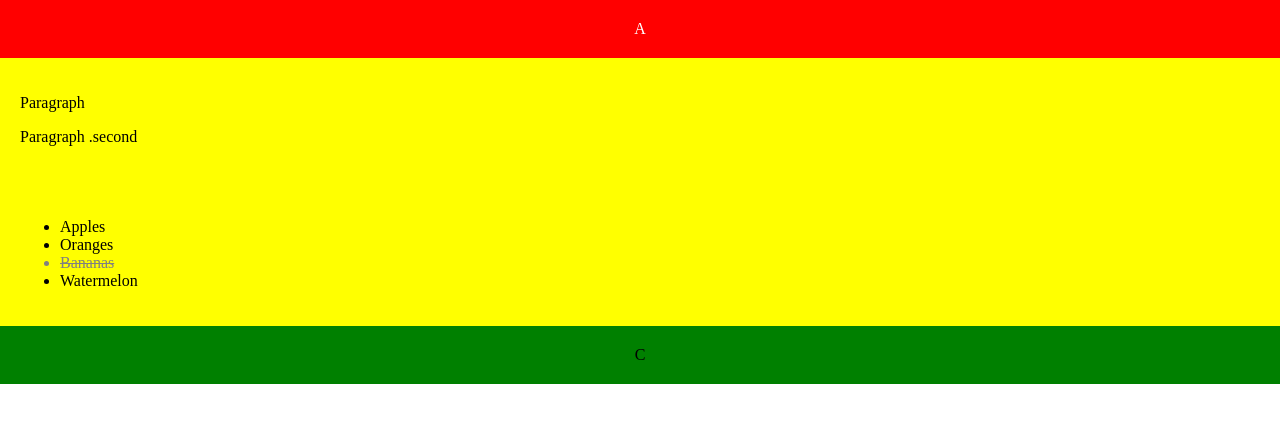
Repository: zdsherlock/Test-for-js
Page: index.html
An editor plug-in stored every save of this project. The page is shown before and after the next save, followed by the edit.
The browser window is 1280 px wide. The pictures show the whole page.

Above is the page before, as saved 2021-03-28 15:34:53.

After the next save:
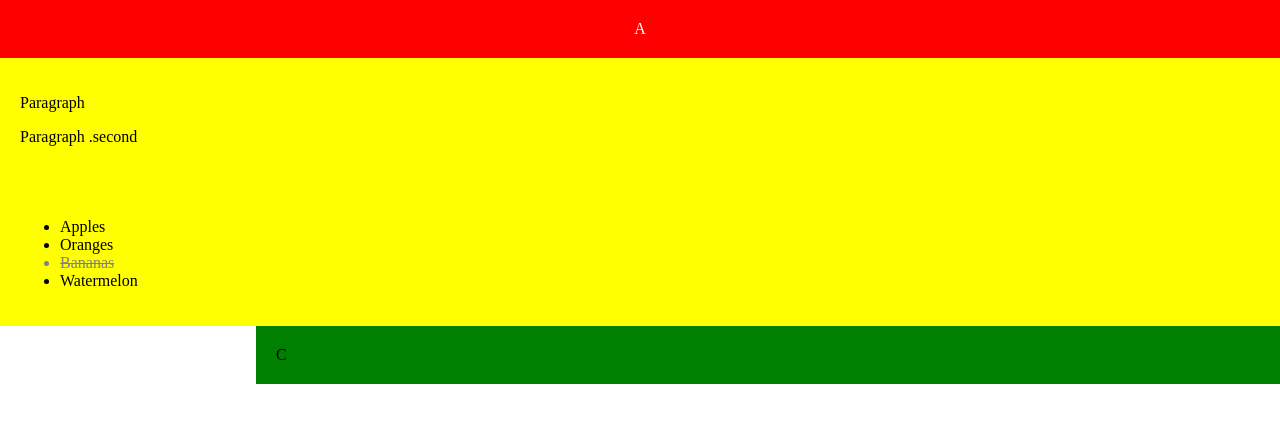
Saved 28 s later.
--- a/css/style.css
+++ b/css/style.css
@@ -27,5 +27,5 @@
 footer  {
     background-color: green;
     padding:  20px;
-    text-align:  center;
+    margin-left:  20%;
 }

After the 3 saves that followed:
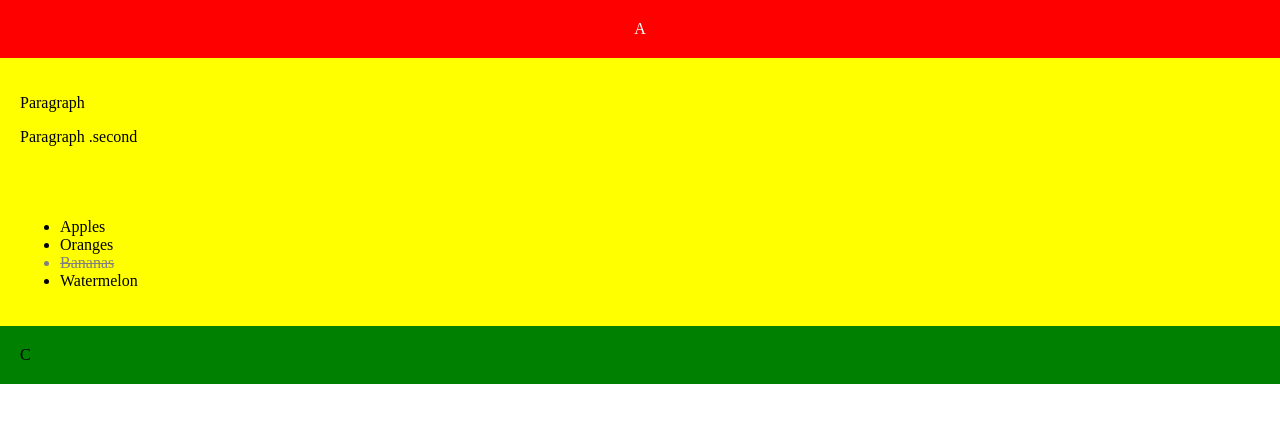
The 3 saves are shown as one change because they came seconds apart.
The last was saved 17 s later.
--- a/css/style.css
+++ b/css/style.css
@@ -27,5 +27,5 @@
 footer  {
     background-color: green;
     padding:  20px;
-    margin-left:  20%;
+
 }
